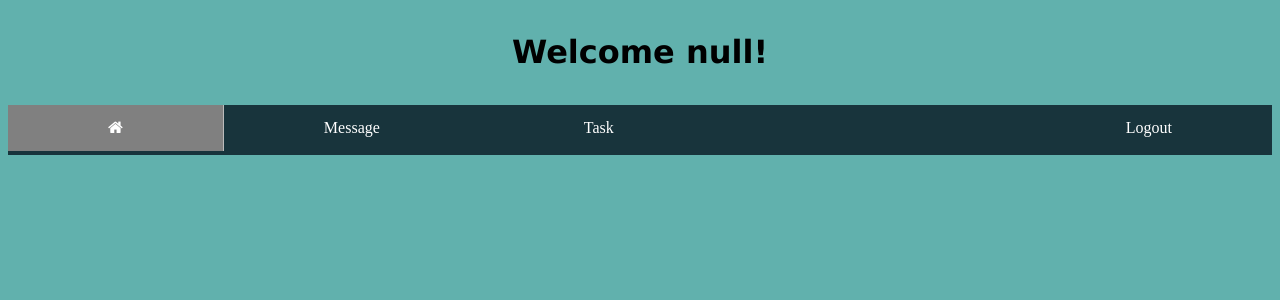
Repository: orsolyanemet/WebProject
Page: http://localhost/Project/userhome.jsp
The author's editor kept a copy of each file at every save. The page is drawn from the files as they stood at one save, then again after the next save.
The browser window is 1280 px wide. The pictures show the whole page.
The page is served by Tomcat 9. Nobody is signed in. The application's start-up code is not run. Other server files are loaded and not shown.

Above is the page before, as saved 2018-06-11 21:02:25.

### Project/WebContent/userhome.jsp
<!--Nemet Orsolya, noim1553, 532/1 csoport, Project -->
<!DOCTYPE html>
<html>
<head>
<title>Event Organizer</title>
<meta name="viewport" content="width=device-width, initial-scale=1">
<link rel="stylesheet"
	href="https://cdnjs.cloudflare.com/ajax/libs/font-awesome/4.7.0/css/font-awesome.min.css">
<link rel="stylesheet" type="text/css" href="styles/userhome.css">
</head>
<body>
	<h1>
		Welcome
		<%
		out.print(request.getSession().getAttribute("logedUsername"));
	%>!
	</h1>
	<ul>
		<li><a class="active" href="userhome.jsp"><i class="fa fa-home"></i></a></li>
		<div class="dropdown">
			<li class="dropbtn"><a href="">Message</a>
				<div class="dropdown-content">
					<a href=""><i class="fa fa-envelope-o"></i> Inbox</a> <a href=""><i class="fa fa-trash-o"></i>
						Trash</a>
				</div></li>
		</div>
		<div class="dropdown">
			<li class="dropbtn"><a href="">Task</a>
				<div class="dropdown-content">
					<a href="admin/Send.jsp">Send</a> <a href="admin/Inbox.jsp">Inbox</a>
				</div></li>
		</div>
		<li class="right" onclick="logout('')"><a href="">Logout</a></li>
	</ul>
</body>
</html>

### Project/WebContent/styles/userhome.css
/*Nemet Orsolya, noim1553, 532 csoport*/
/*Project*/
body {
	background-color: #61b1ad;
}

h1 {
	text-align: center;
	font-family: Verdana;
	padding: 12px 20px;
}

h2, h3, h4 {
	font-family: Verdana;
}

ul {
	list-style-type: none;
	margin: 0;
	padding: 0;
	overflow: hidden;
	background-color: #18343c;
}

li {
	float: left;
	border-right: 1px solid #bbb;
}

li:last-child {
	border-right: none;
}

li a {
	display: block;
	color: white;
	text-align: center;
	padding: 14px 100px;
	text-decoration: none;
}

li a:hover:not (.active ) {
	background-color: #A9A9A9;
}

.active {
	background-color: #808080;
}

.right {
	float: right;
}

.dropbtn {
	color: white;
	font-size: 16px;
	border: none;
	cursor: pointer;
}

.dropdown {
	position: relative;
	display: inline-block;
}

.dropdown-content {
	display: none;
	position: fixed;
	background-color: #18343c;
	color: white;
	min-width: 80px;
	box-shadow: 0px 8px 16px 0px rgba(0, 0, 0, 0.2);
	z-index: 10;
}

.dropdown-content a {
	color: white;
	padding: 12px 16px;
	text-decoration: none;
	display: block;
}

.dropdown-content a:hover {
	background-color: #A9A9A9
}

.dropdown:hover .dropdown-content {
	display: block;
}

After the next save:
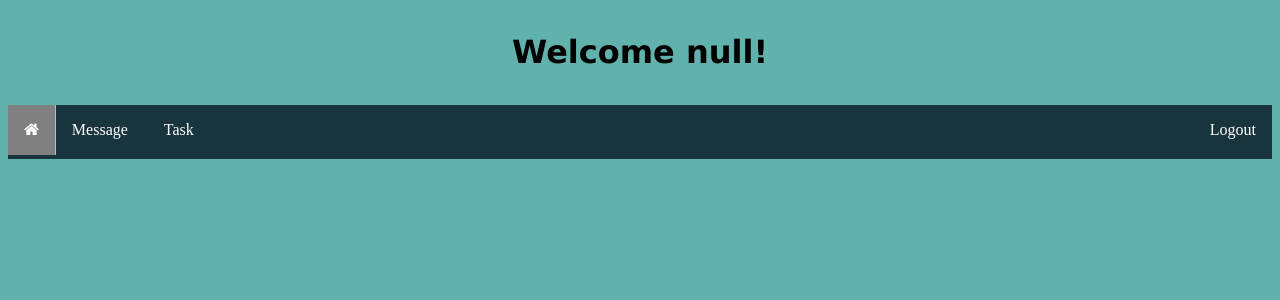
Saved 16 s later.
--- a/Project/WebContent/styles/userhome.css
+++ b/Project/WebContent/styles/userhome.css
@@ -35,7 +35,7 @@ li a {
 	display: block;
 	color: white;
 	text-align: center;
-	padding: 14px 100px;
+	padding: 16px 16px;
 	text-decoration: none;
 }
 
